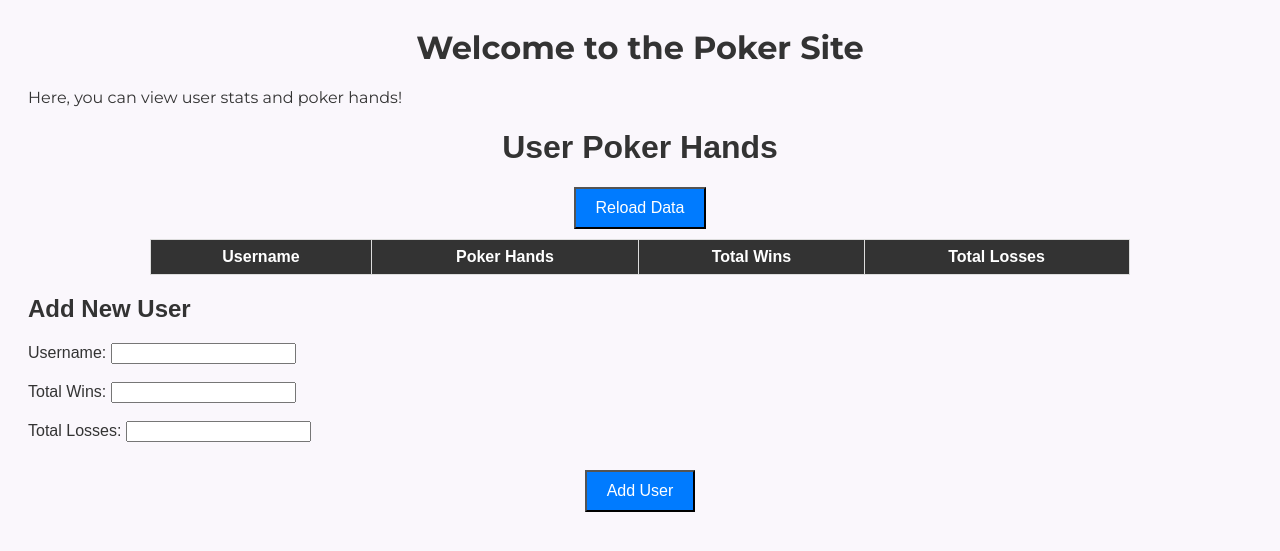
Repository: KidBillionaire/newapp
Page: public/index.html
An editor plug-in stored every save of this project. The page is shown before and after the next save, followed by the edit.
The browser window is 1280 px wide. The pictures show the whole page.

Above is the page before, as saved 2024-10-10 16:02:53.

### public/index.html
<body>
    <link rel="stylesheet" href="styles.css">
    <link href="https://fonts.googleapis.com/css2?family=Montserrat:wght@400;700&display=swap" rel="stylesheet">

    <h1 class="montserrat-title">Welcome to the Poker Site</h1>
<p class="montserrat-body">Here, you can view user stats and poker hands!</p>

    <h1>User Poker Hands</h1>
    <button id="reloadButton">Reload Data</button>
    <table id="userTable" border="1">
      <thead>
        <tr>
          <th>Username</th>
          <th>Poker Hands</th>
          <th>Total Wins</th>
          <th>Total Losses</th>
        </tr>
      </thead>
      <tbody></tbody> <!-- This will be filled dynamically -->
    </table>

    <!-- New User Form -->
    <h2>Add New User</h2>
    <form id="addUserForm">
      <label for="username">Username:</label>
      <input type="text" id="username" name="username" required>
      <br><br>
      <label for="wins">Total Wins:</label>
      <input type="number" id="wins" name="wins" required>
      <br><br>
      <label for="losses">Total Losses:</label>
      <input type="number" id="losses" name="losses" required>
      <br><br>
      <button type="submit">Add User</button>
    </form>
  </body>

### public/styles.css
body {
    font-family: Arial, sans-serif;
    background-color: #f7f9fc;
    padding: 20px;
}

h1 {
    text-align: center;
    color: #333;
}

#userTable {
    width: 80%;
    margin: 0 auto;
    border-collapse: collapse;
}

#userTable th,
#userTable td {
    border: 1px solid #ddd;
    padding: 8px;
    text-align: center;
}

#userTable th {
    background-color: #333;
    color: white;
}

button {
    display: block;
    margin: 10px auto;
    padding: 10px 20px;
    font-size: 16px;
    cursor: pointer;
}
button:hover {
    background-color: #555; /* Darker background */
    color: #fff;           /* White text */
  }


.montserrat-title {
    font-family: 'Montserrat', sans-serif;
    font-weight: 700; /* strong title font */
}

.montserrat-body {
    font-family: 'Montserrat', sans-serif;
    font-weight: 400; /* normal body font */
}

.container {
    display: flex;
    justify-content: space-around;
    align-items: center;
  }
  :root {
    --primary-color: #333;
    --secondary-color: #007BFF;
    --background: #faf7fc;
  }

  body {
    background: var(--background);
    color: var(--primary-color);
  }

  button {
    background-color: var(--secondary-color);
    color: white;
  }

After the next save:
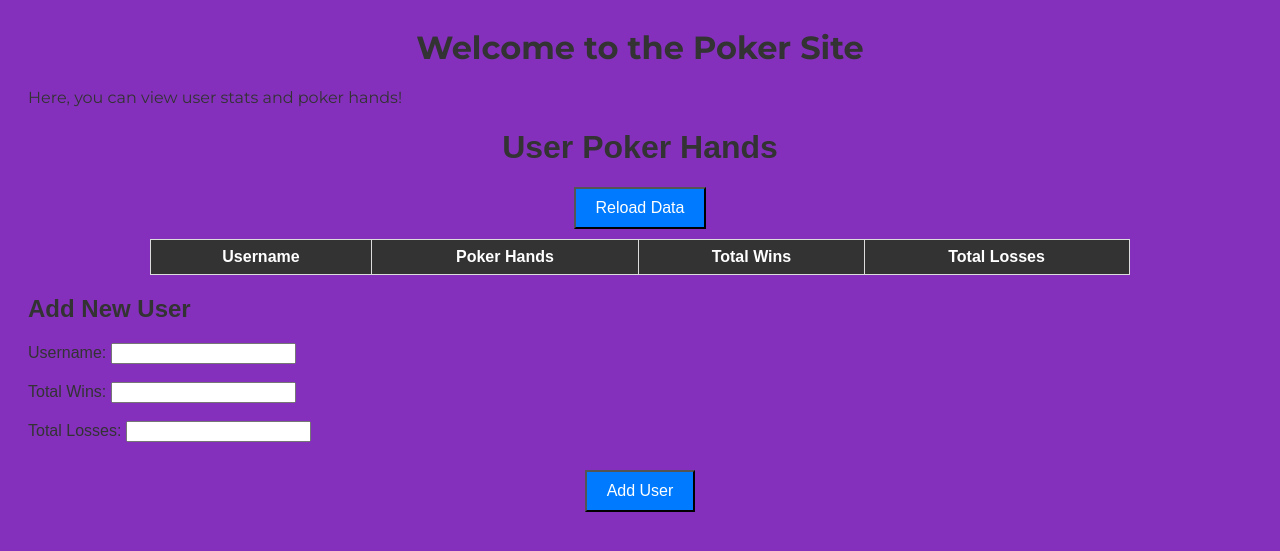
Saved 11 s later.
--- a/public/styles.css
+++ b/public/styles.css
@@ -58,7 +58,7 @@
   :root {
     --primary-color: #333;
     --secondary-color: #007BFF;
-    --background: #faf7fc;
+    --background: rgb(132, 48, 188);
   }
 
   body {

After the save that followed:
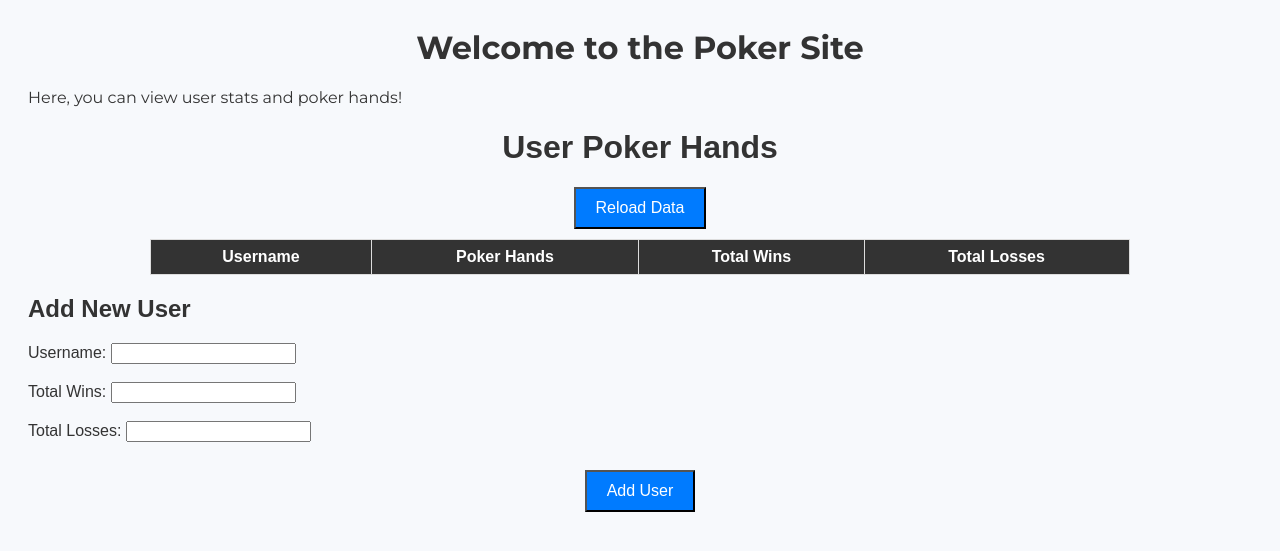
Saved 10 s later.
--- a/public/styles.css
+++ b/public/styles.css
@@ -58,7 +58,7 @@
   :root {
     --primary-color: #333;
     --secondary-color: #007BFF;
-    --background: rgb(132, 48, 188);
+    --background: #f7f9fc;
   }
 
   body {
